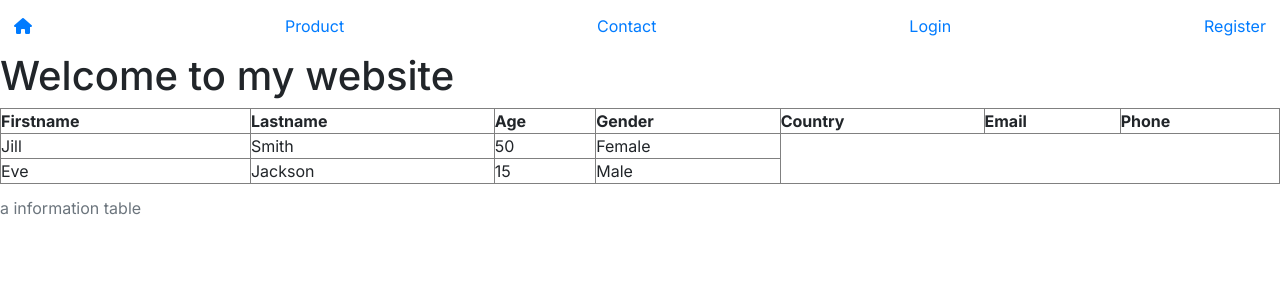
Repository: bao2222/hoc-lam-web
Page: About-me.html
These files come from the project's save history. The page is drawn as it stood at one moment and after the next save; the edit follows.
The browser window is 1280 px wide. The pictures show the whole page.

Above is the page before, as saved 2025-01-23 20:34:52.

After the next save:
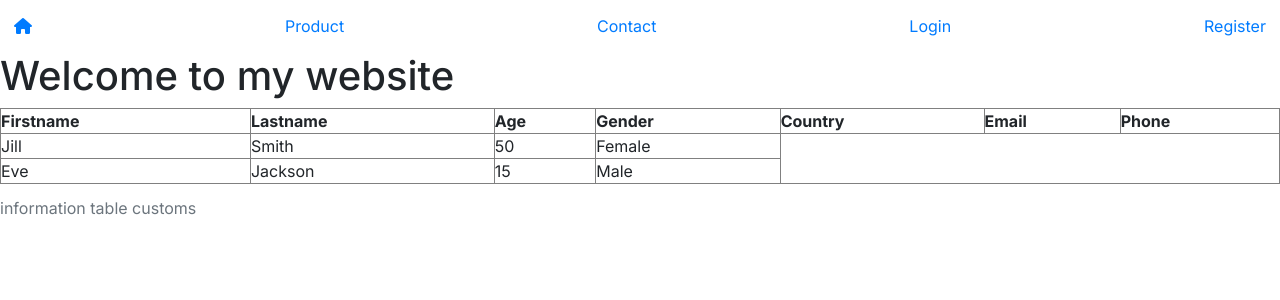
Saved 3 min 7 s later.
--- a/About-me.html
+++ b/About-me.html
@@ -43,8 +43,9 @@
 
             <h1>Welcome to my website</h1>
 
-            <table style="width:100%" border>
-                <caption>a information table</caption>
+            <table style="width:100%" border="1">
+            <caption>information table customs</caption>
+
                 <tr>
                     <th>Firstname</th>
                     <th>Lastname</th>
